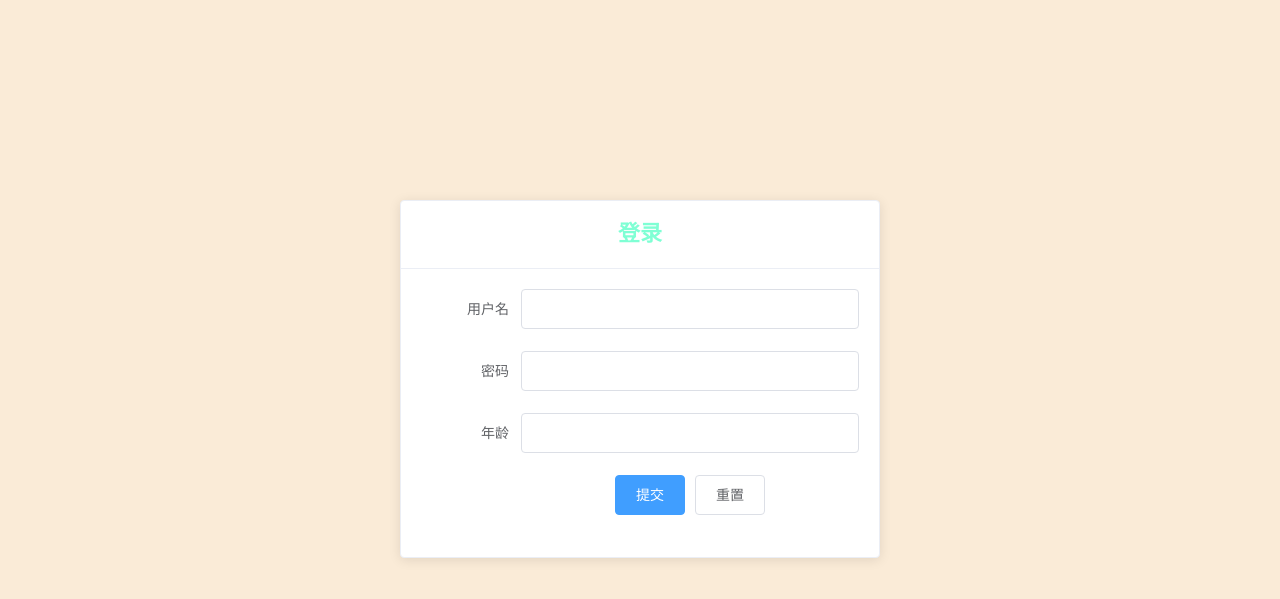
Repository: wuder-jie/Manager-System
Page: /
The author's editor kept a copy of each file at every save. The page is drawn from the files as they stood at one save, then again after a run of saves.
The browser window is 1280 px wide. The pictures show the whole page.
The project was rebuilt for these pictures with package versions that can differ from the ones it lists, and the page was loaded fresh each time. Also part of the build but not shown: vue.config.js.

Above is the page before, as saved 2022-11-26 16:06:41.

### src/main.js
import Vue from "vue";
import App from "./App.vue";
import ElementUI from "element-ui";
import "element-ui/lib/theme-chalk/index.css";
// 引入reset样式重置文件。
import "@/assets/css/reset.css";
// 引入图标样式
import "font-awesome/css/font-awesome.min.css";
// 引入axios
import axios from "axios";
// 引入路由器
import router from "@/router";
// 把axios挂载到原型，所有的vc都可访问。
Vue.prototype.axios = axios;
Vue.config.productionTip = false;
Vue.use(ElementUI);

new Vue({ router, render: (h) => h(App) }).$mount("#app");

### src/App.vue
<template>
  <div id="app">
    <router-view></router-view>
  </div>
</template>

<script>
export default {
  name: "app",
  data() {
    return {};
  },
  components: {},
  methods: {},
};
</script>
<style lang="scss">
.suc {
  background-color: red;
}
</style>

### src/assets/css/reset.css
body {
  font-family:arial,helvetica,sans-serif;
  font-size:13px;
  font-size-adjust:none;
  font-stretch:normal;
  font-style:normal;
  font-variant:normal;
  font-weight:normal;
  line-height:1.4;
  text-align:center;
  }
  *{
    margin: 0;
    padding: 0;
    box-sizing: border-box;
  }
  html,body,#app{
    width: 100%;
    height: 100%;
  }
  body, ul, ol, dl, dd, h1, h2, h3, h4, h5, h6, p, form, fieldset, legend, input, textarea, select, button, th, td {
  margin:0;
  padding:0;
  }
  h1, h2, h3, h4, h5, h6 {
  font-size:100%;
  font-weight:normal;
  }
  table {
  font-size:inherit;
  }
  input, select {
  font-family:arial,helvetica,clean,sans-serif;
  font-size:100%;
  font-size-adjust:none;
  font-stretch:normal;
  font-style:normal;
  font-variant:normal;
  font-weight:normal;
  line-height:normal;
  }
  button {
  overflow:visible;
  }
  th, em, strong, b, address, cite {
  font-style:normal;
  font-weight:normal;
  }
  li {
  list-style-image:none;
  list-style-position:outside;
  list-style-type:none;
  }
  img, fieldset {
  border:0 none;
  }
  ins {
  text-decoration:none;
  }

### src/router/index.js
import Vue from "vue";
import Router from "vue-router";
Vue.use(Router);
const routes = [
  {
    path: "/",
    redirect: "/login",
  },
  {
    name: "login",
    path: "/login",
    // 路由懒加载
    component: () => import("@/pages/login"),
  },
  {
    name: "home",
    path: "/home",
    // 路由懒加载
    component: () => import("@/pages/home"),
    // 异步组件
    // component: (resolve) => require(["@/pages/home"], resolve),
  },
];

const router = new Router({
  mode: "history",
  routes,
});
export default router;

### src/pages/login/index.vue
<template>
  <div id="login">
    <el-card class="box-card">
      <div slot="header" class="clearfix">
        <span>登录</span>
      </div>
      <el-form
        :model="ruleForm"
        status-icon
        :rules="rules"
        ref="ruleForm"
        label-width="100px"
        class="demo-ruleForm"
      >
        <el-form-item label="用户名" prop="username">
          <el-input
            type="username"
            v-model="ruleForm.username"
            autocomplete="off"
          ></el-input>
        </el-form-item>
        <el-form-item label="密码" prop="password">
          <el-input
            type="password"
            v-model="ruleForm.password"
            autocomplete="off"
          ></el-input>
        </el-form-item>
        <el-form-item label="年龄" prop="age">
          <el-input v-model.number="ruleForm.age"></el-input>
        </el-form-item>
        <el-form-item>
          <el-button type="primary" @click="submitForm('ruleForm')"
            >提交</el-button
          >
          <el-button @click="resetForm('ruleForm')">重置</el-button>
        </el-form-item>
      </el-form>
    </el-card>
  </div>
</template>

<script>
export default {
  name: "LoginItem",
  data() {
    var checkAge = (rule, value, callback) => {
      if (!value) {
        return callback(new Error("年龄不能为空"));
      }
      setTimeout(() => {
        if (!Number.isInteger(value)) {
          callback(new Error("请输入数字值"));
        } else {
          if (value < 18) {
            callback(new Error("必须年满18岁"));
          } else {
            callback();
          }
        }
      }, 1000);
    };
    var validatePass = (rule, value, callback) => {
      if (value === "") {
        callback(new Error("请输入密码"));
      } else {
        if (this.ruleForm.checkPass !== "") {
          this.$refs.ruleForm.validateField("checkPass");
        }
        callback();
      }
    };
    var validatePass2 = (rule, value, callback) => {
      if (value === "") {
        callback(new Error("请再次输入密码"));
      } else if (value !== this.ruleForm.pass) {
        callback(new Error("两次输入密码不一致!"));
      } else {
        callback();
      }
    };
    return {
      ruleForm: {
        username: "",
        password: "",
        age: "",
      },
      rules: {
        pass: [{ validator: validatePass, trigger: "blur" }],
        checkPass: [{ validator: validatePass2, trigger: "blur" }],
        age: [{ validator: checkAge, trigger: "blur" }],
      },
    };
  },
  methods: {
    submitForm(formName) {
      this.$refs[formName].validate((valid) => {
        if (valid) {
          alert("submit!");
        } else {
          console.log("error submit!!");
          return false;
        }
      });
    },
    resetForm(formName) {
      this.$refs[formName].resetFields();
    },
  },
};
</script>
<style lang="scss">
#login {
  position: absolute;
  width: 100%;
  height: 100%;
  background-color: antiquewhite;
  .text {
    font-size: 14px;
  }
  .clearfix span {
    font-size: 22px;
    font-weight: 600;
    color: aquamarine;
  }

  .clearfix:before,
  .clearfix:after {
    display: table;
    content: "";
  }
  .clearfix:after {
    clear: both;
  }

  .box-card {
    width: 480px;
    margin: 200px auto;
  }
}
</style>

Loaded but not shown: public/index.html (common file)

After the next 2 saves:
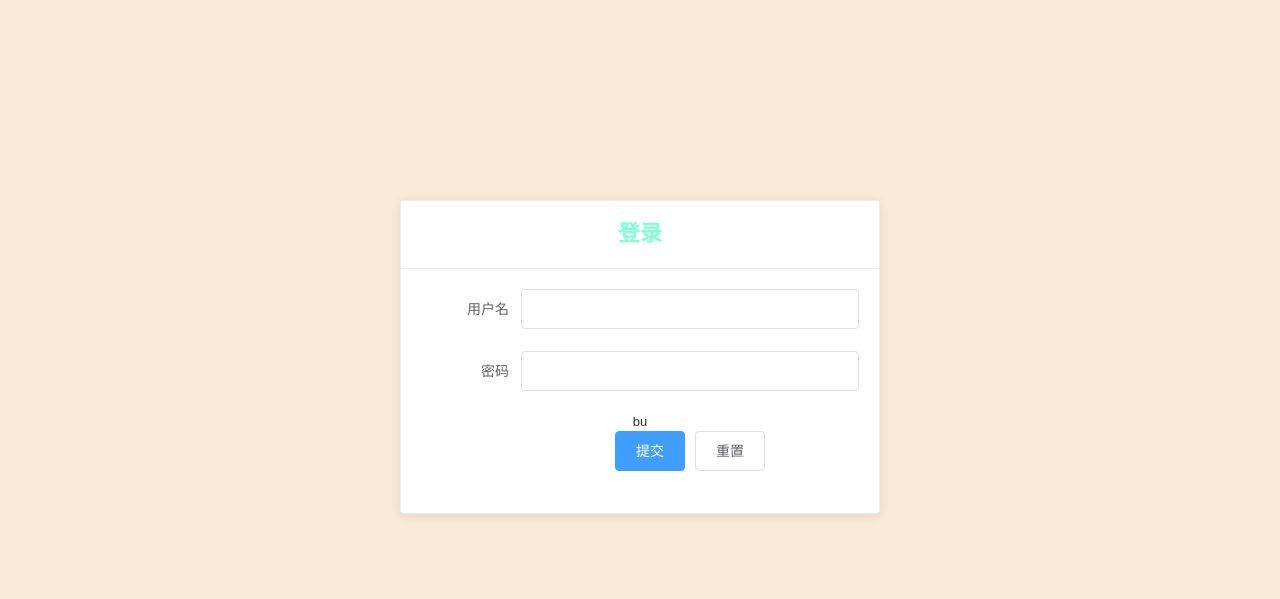
The 2 saves are shown as one change because they came seconds apart.
The last was saved 19 s later.
--- a/src/pages/login/index.vue
+++ b/src/pages/login/index.vue
@@ -26,9 +26,7 @@
             autocomplete="off"
           ></el-input>
         </el-form-item>
-        <el-form-item label="年龄" prop="age">
-          <el-input v-model.number="ruleForm.age"></el-input>
-        </el-form-item>
+       bu
         <el-form-item>
           <el-button type="primary" @click="submitForm('ruleForm')"
             >提交</el-button
